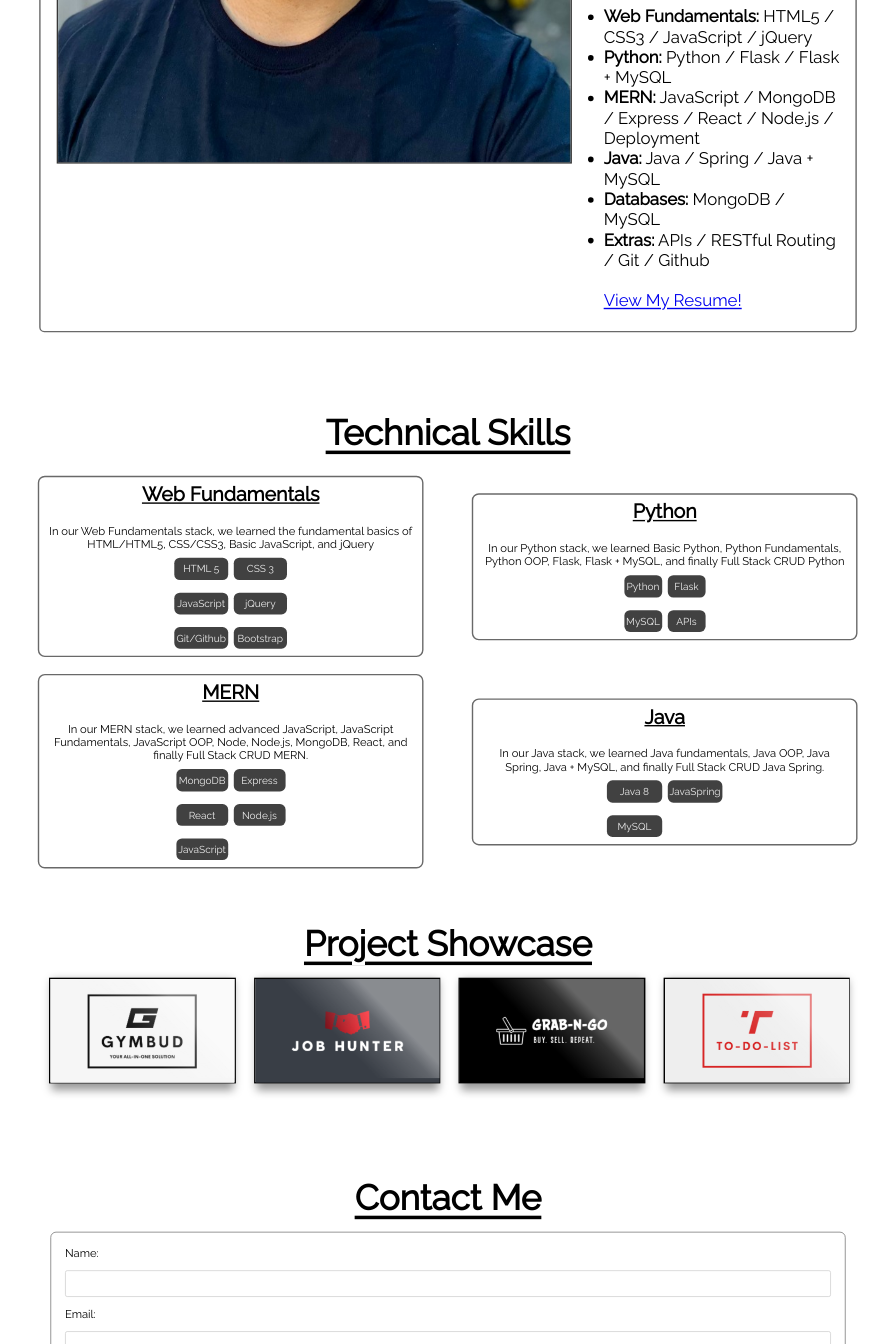
Repository: RICHIE-YIN/Personal-Portfolio
Page: index.html
The author's editor kept a copy of each file at every save. The page is drawn from the files as they stood at one save, then again after the next save.
The browser window is 1280 px wide. The pictures show the part of the page from y = 1924 to 3844 px (the page is 4187 px tall), at 70% of full size.
Some web fonts or font styles are not loaded; a fallback is used.

Above is the page before, as saved 2023-06-12 17:20:40.
Console error: ReferenceError: $ is not defined

After the next save:
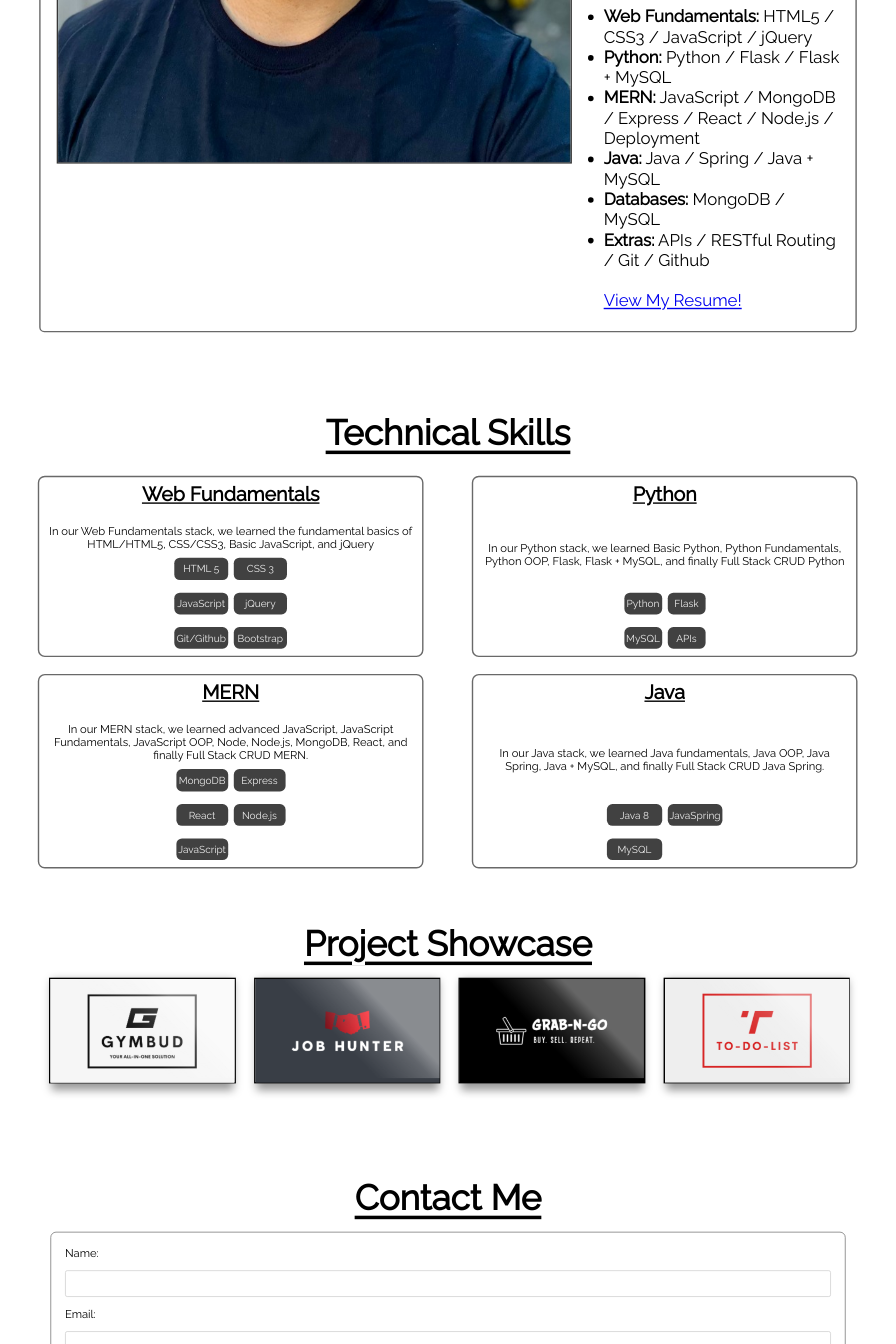
Saved 11 s later.
--- a/styles.css
+++ b/styles.css
@@ -311,8 +311,8 @@ display: none;
 .skills-section .card {
     position: relative;
     overflow: hidden;
-    width: 90%;
-    margin: auto;
+    width: 100%;
+    margin: 0 auto;
     max-width: 100%;
     height: auto;
     border-radius: 10px;
